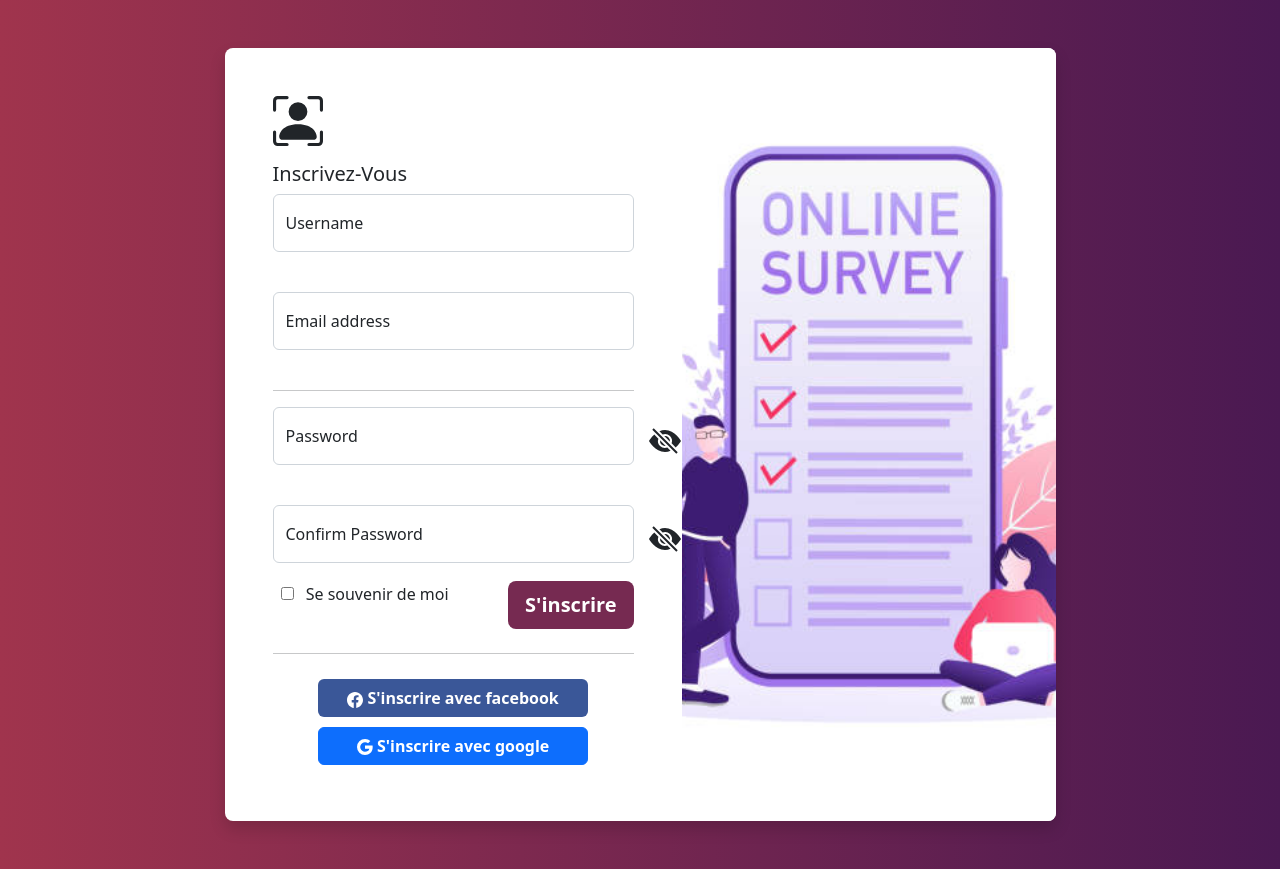
Repository: Djiamil/testsMoustaphaDER
Page: index.html
The author's editor kept a copy of each file at every save. The page is drawn from the files as they stood at one save, then again after a run of saves.
The browser window is 1280 px wide. The pictures show the whole page.

Above is the page before, as saved 2022-12-09 09:48:25.

After the next 2 saves:
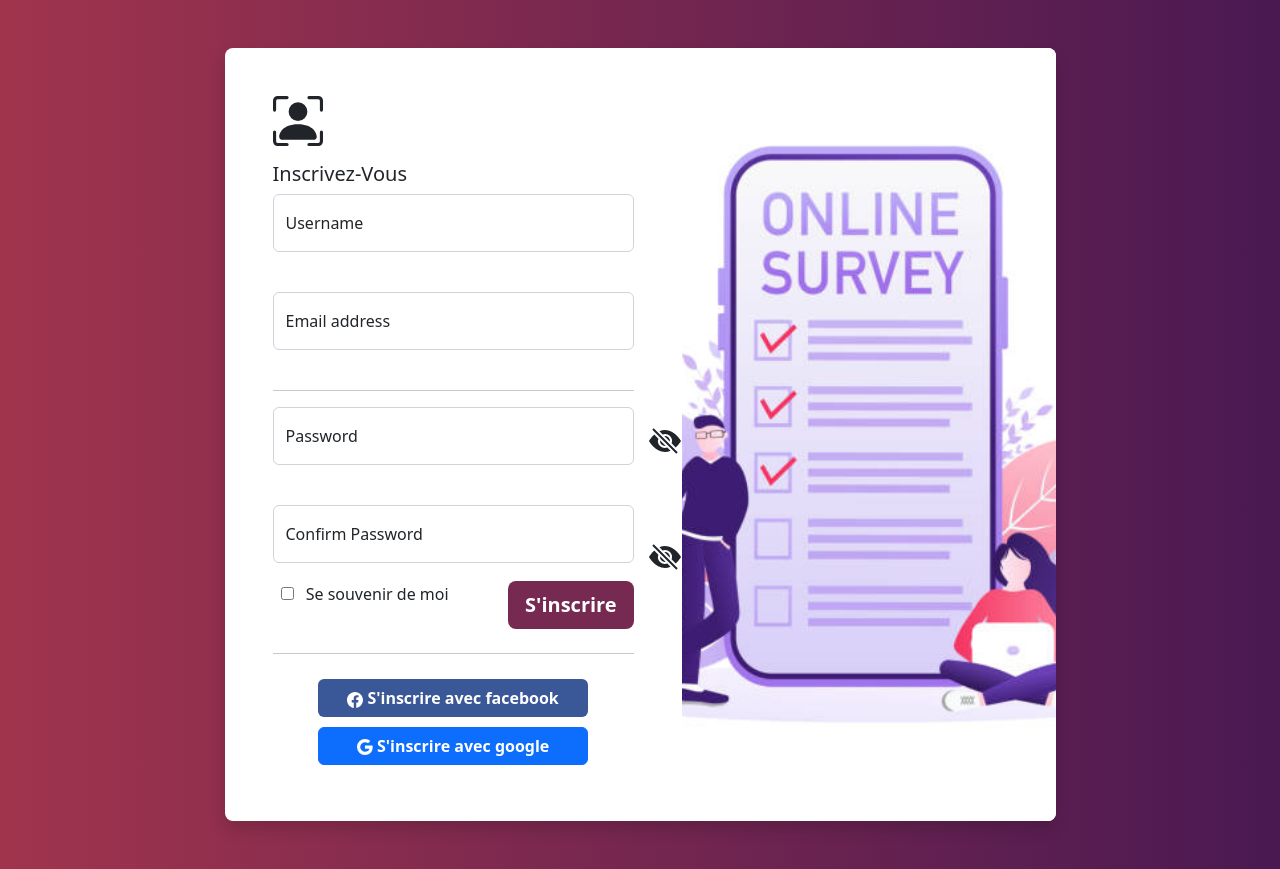
The 2 saves are shown as one change because they came seconds apart.
The last was saved 28 s later.
--- a/style.css
+++ b/style.css
@@ -76,7 +76,7 @@
 #eyes1{
   float: right;
   position:absolute;
-  margin-top: 1.1rem;
+  margin-top: 10%;
   margin-left: 23rem;
   width: 3rem;
   height: 2rem;

After the 2 saves that followed:
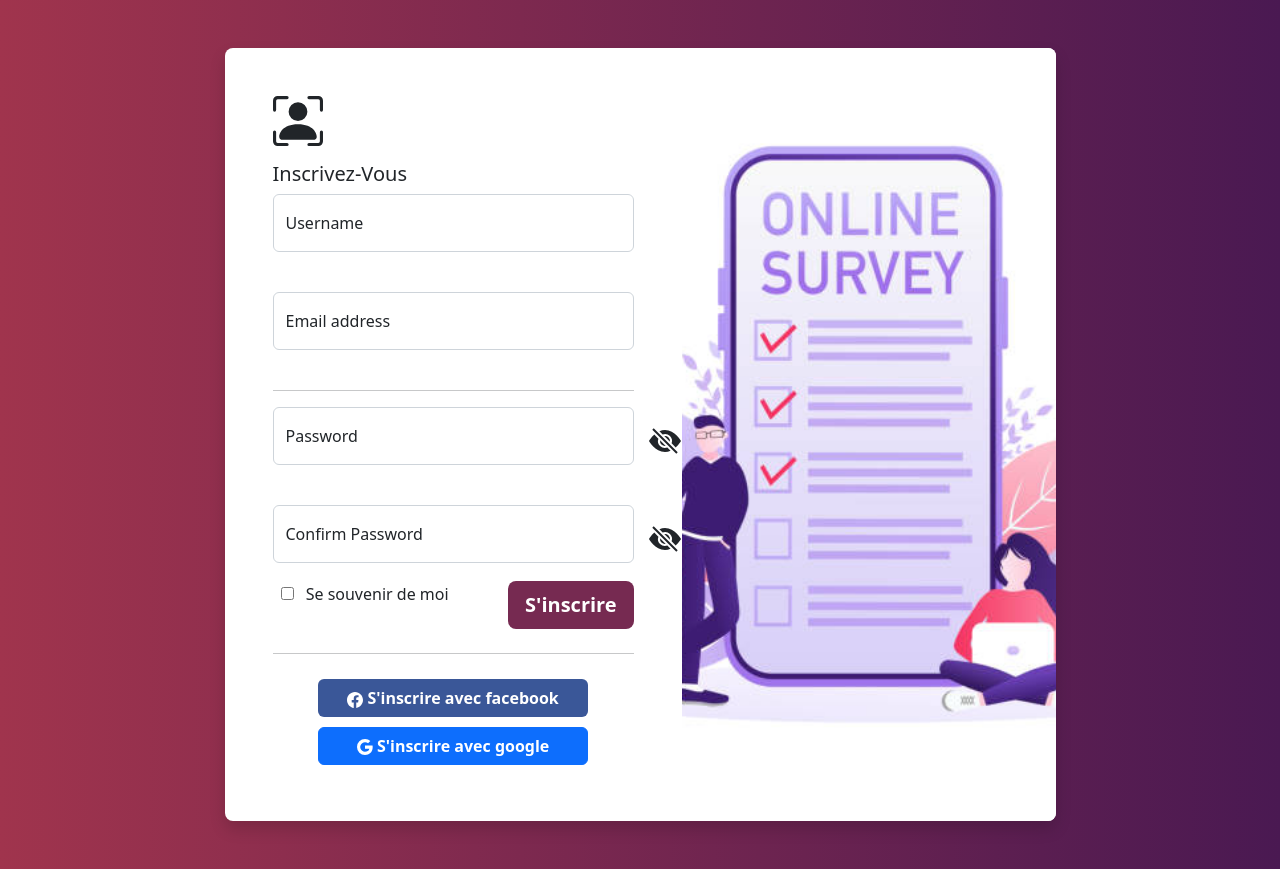
The 2 saves are shown as one change because they came seconds apart.
The last was saved 9 s later.
--- a/style.css
+++ b/style.css
@@ -76,7 +76,7 @@
 #eyes1{
   float: right;
   position:absolute;
-  margin-top: 10%;
+  margin-top: 5%;
   margin-left: 23rem;
   width: 3rem;
   height: 2rem;
